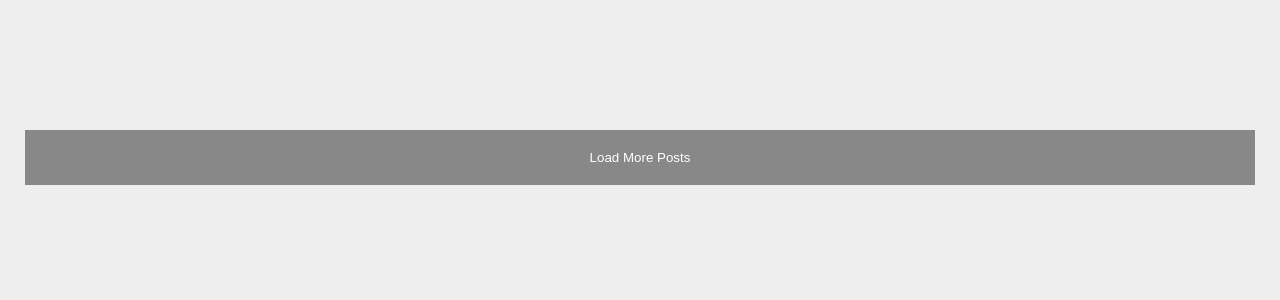
Repository: anderfmelo/temp-repo
Page: /
The author's editor kept a copy of each file at every save. The page is drawn from the files as they stood at one save, then again after the next save.
The browser window is 1280 px wide. The pictures show the whole page.
The page's requests for data from a server got no answer. The project was rebuilt for these pictures with package versions that can differ from the ones it lists, and the page was loaded fresh each time. No one was signed in, and anything a server would have sent is missing. Also part of the build but not shown: src/components/PostCard/styles.css, src/components/PostCard/index.jsx.

Above is the page before, as saved 2022-04-20 12:15:40.

After the next save:
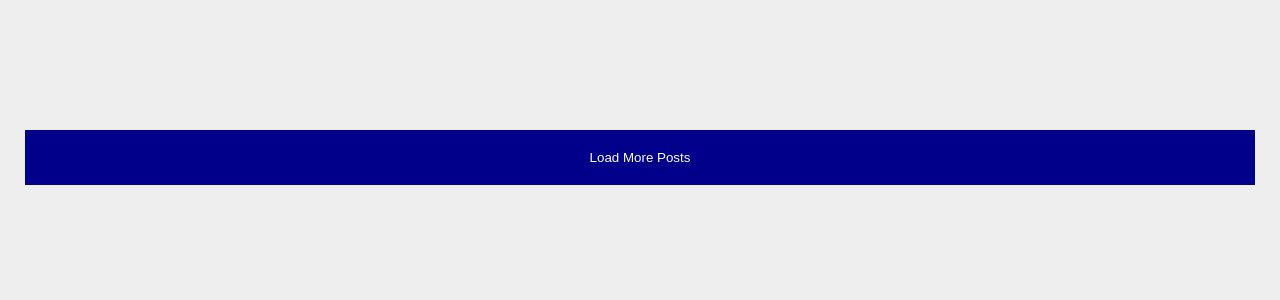
Saved 15 s later.
--- a/src/components/Button/index.jsx
+++ b/src/components/Button/index.jsx
@@ -7,7 +7,7 @@
     const { text, quandoClica } = this.props;
 
     return (
-      <button disabled className="button" onClick={quandoClica}>
+      <button className="button" onClick={quandoClica}>
         {text}
       </button>
     );

After the save that followed:
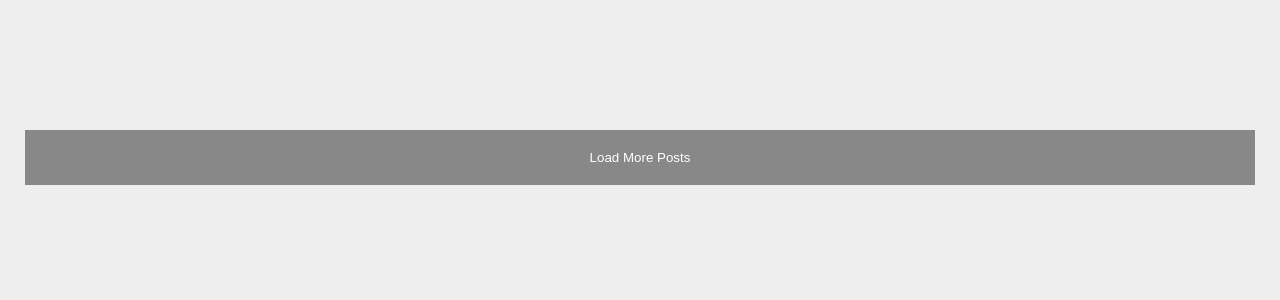
Saved 7 s later.
--- a/src/components/Button/index.jsx
+++ b/src/components/Button/index.jsx
@@ -7,7 +7,7 @@
     const { text, quandoClica } = this.props;
 
     return (
-      <button className="button" onClick={quandoClica}>
+      <button disabled className="button" onClick={quandoClica}>
         {text}
       </button>
     );
